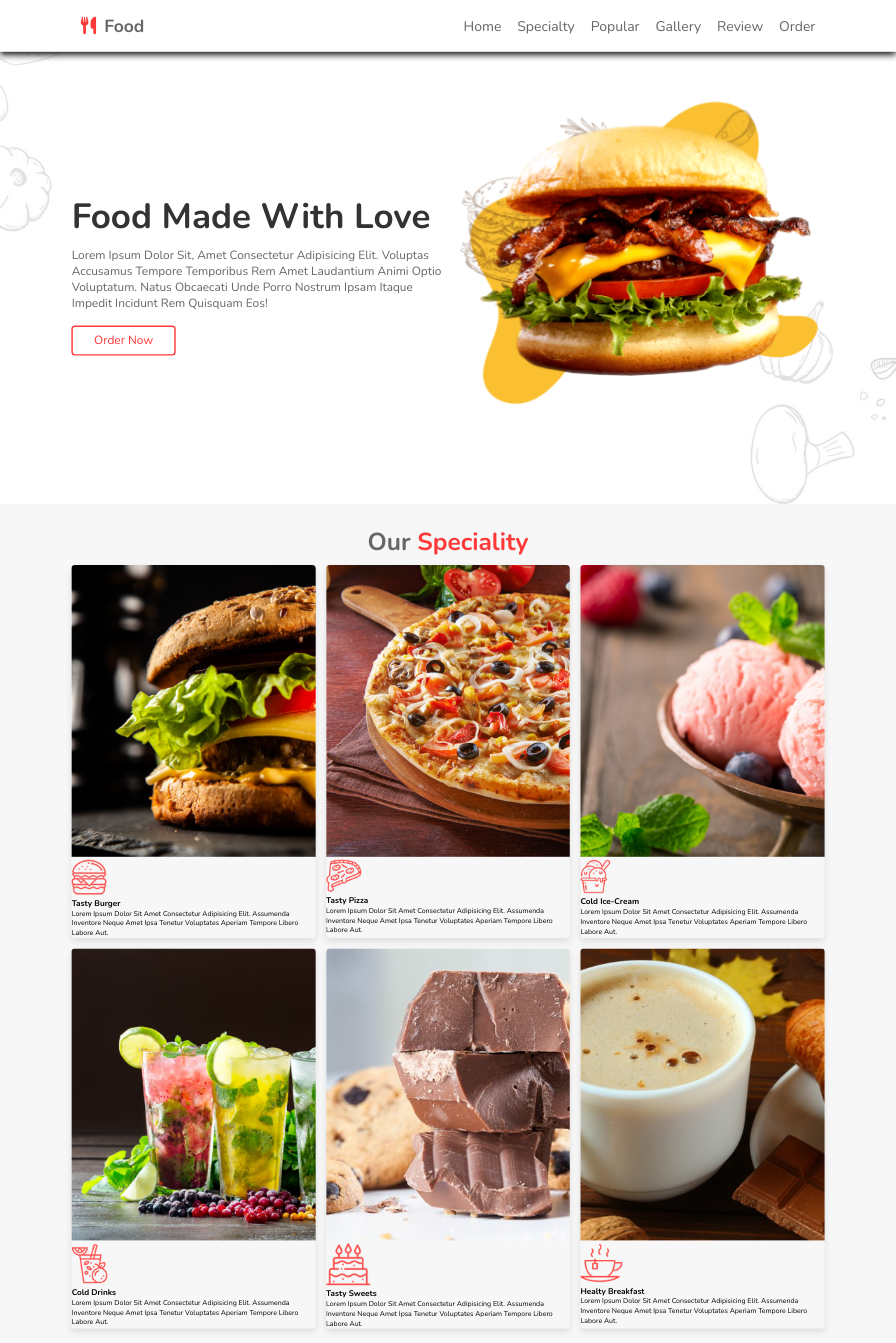
Repository: wenxi0504/ResturantApp-static-
Page: index.html
These files come from the project's save history. The page is drawn as it stood at one moment and after the next save; the edit follows.
The browser window is 1280 px wide. The pictures show the whole page, at 70% of full size.

Above is the page before, as saved 2022-01-09 23:39:52.
Console error: TypeError: Cannot read properties of null (reading 'classList')

After the next save:
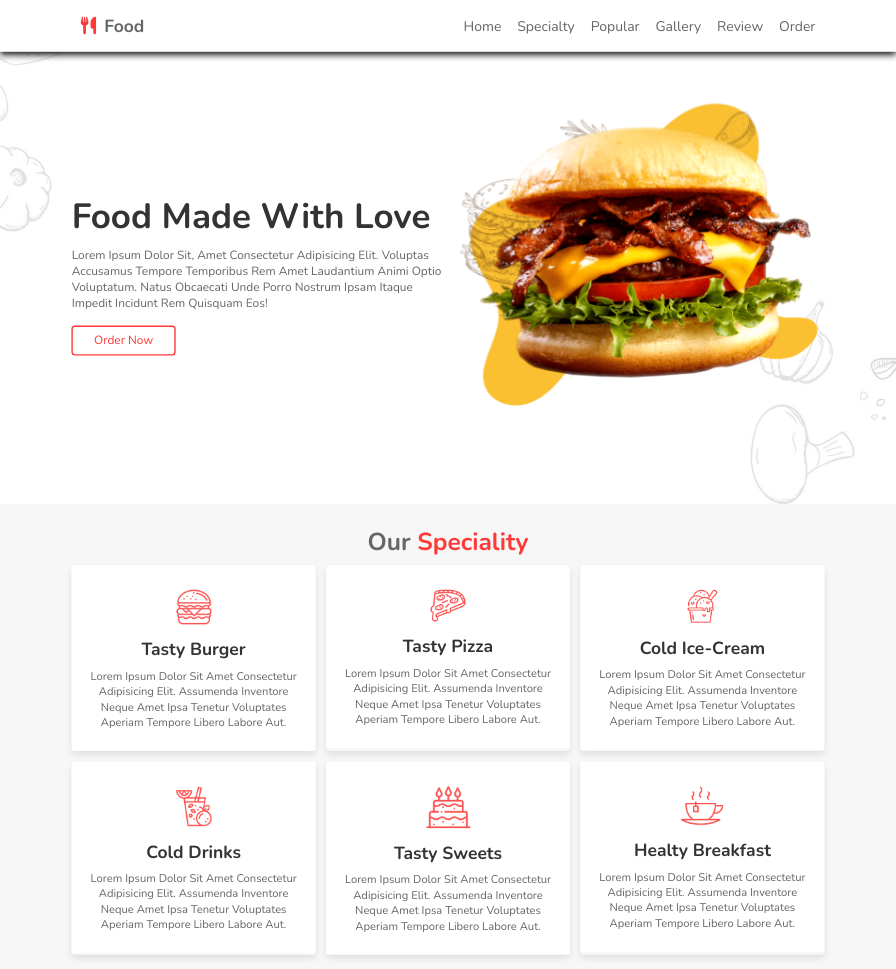
Saved 2 min 2 s later.
--- a/style.css
+++ b/style.css
@@ -197,6 +197,44 @@ color:#333;
 
 }
 
+.speciality .box-container .box .image{
+  height: 100%;
+  width: 100%;
+  object-fit: cover;
+  position: absolute;
+  top:-100%;
+  left:0;
+}
+
+.speciality .box-container .box .content{
+  text-align: center;
+  background:#fff;
+  padding:2rem;
+}
+
+.speciality .box-container .box .content img{
+  margin:1.5rem 0;
+}
+
+.speciality .box-container .box .content h3{
+  font-size: 2.5rem;
+  color:#333;
+}
+
+.speciality .box-container .box .content p{
+  font-size: 1.6rem;
+  color:#666;
+  padding:1rem 0;
+}
+
+.speciality .box-container .box:hover .image{
+  top:0;
+}
+
+.speciality .box-container .box:hover .content{
+  transform: translateY(100%);
+}
+
 
 
 
